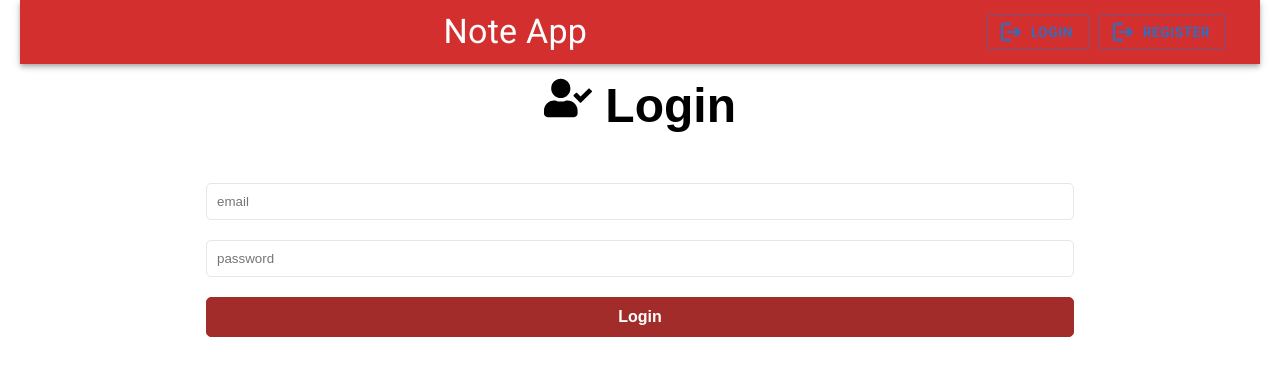
Repository: halilhaninan/MERNSTACK-Note-App
Page: / (app in frontend/)
The author's editor kept a copy of each file at every save. The page is drawn from the files as they stood at one save, then again after the next save.
The browser window is 1280 px wide. The pictures show the whole page.
The project was rebuilt for these pictures with package versions that can differ from the ones it lists, and the page was loaded fresh each time. Also part of the build but not shown: frontend/src/Components/Spinner.jsx, frontend/src/Components/Not.jsx, frontend/src/pages/Register.jsx, frontend/src/features/counter/counterSlice.js, frontend/src/features/counter/counter.js, frontend/src/App.css.

Above is the page before, as saved 2022-09-03 11:07:00.

### frontend/src/index.js
import React from "react";
import ReactDOM from "react-dom";
import "./index.css";
import App from "./App";

import { store } from "./app/store";
import { Provider } from "react-redux";

// import { createStore } from "redux";
// import { Provider } from "react-redux";
// import butunRreducerler from "./reducers";

// const hesapla = (state = 0, action) => {
//   switch (action.type) {
//     case "topla":
//       return state + 1;
//     case "cikar":
//       return state - 1;
//     default:
//       return state;
//   }
// };

// let store = createStore(
//   butunRreducerler,
//   window.__REDUX_DEVTOOLS_EXTENSION__ && window.__REDUX_DEVTOOLS_EXTENSION__()
// );

// store.subscribe(() => console.log(store.getState()));
//const root = ReactDOM.createRoot(document.getElementById("root"));
ReactDOM.render(
  <Provider store={store}>
    <App />
  </Provider>,
  document.getElementById("root")
);

// If you want to start measuring performance in your app, pass a function
// to log results (for example: reportWebVitals(console.log))
// or send to an analytics endpoint. Learn more: https://bit.ly/CRA-vitals

### frontend/src/index.css
@import url("https://fonts.googleapis.com/css2?family=Lobster&display=swap");

* {
  margin: 0;
  padding: 0;
  box-sizing: border-box;
}

body {
  font-family: Arial, Helvetica, sans-serif;
  height: 100vh;
  font-size: larger;
}

a {
  text-decoration: none;
  color: #000;
}

p {
  line-height: 1.7;
}

ul {
  list-style: none;
}

li {
  line-height: 2.2;
}

h1,
h2,
h3 {
  font-weight: 600;
  margin-bottom: 10px;
}

.container {
  width: 100%;
  max-width: 1500px;
  margin: 0 auto;
  padding: 0 20px;
  text-align: center;
}

.header {
  display: flex;
  justify-content: space-between;
  align-items: center;
  padding: 20px 0;
  border-bottom: 1px solid #e6e6e6;
  margin-bottom: 60px;
}

.header ul {
  display: flex;
  align-items: center;
  justify-content: space-between;
}

.header ul li {
  margin-left: 20px;
}

.header ul li a {
  display: flex;
  align-items: center;
  color: #a22c29;
}

.header ul li a:hover {
  color: #f27059;
}

.header ul li a svg {
  margin-right: 5px;
}

.heading {
  font-size: 2rem;
  font-weight: 700;
  margin-bottom: 50px;
  padding: 0 20px;
}

.heading p {
  color: #828282;
}

.notlar {
  display: grid;
  grid-template-columns: repeat(3, 1fr);
  gap: 10px;
}

.not {
  background-color: #f4f4f4;
  margin: 10px 0;
  padding: 20px 0 10px;
  position: relative;
}

.not .close {
  position: absolute;
  top: 10px;
  right: 15px;
  cursor: pointer;
  border: none;
  background: none;
}

.form,
.content {
  width: 70%;
  margin: 0 auto;
}

.form-group {
  margin-bottom: 10px;
}

.form-group input,
.form-group textarea,
.form-group select {
  width: 100%;
  padding: 10px;
  border: 1px solid #e6e6e6;
  border-radius: 5px;
  margin-bottom: 10px;
  font-family: inherit;
}

.form-group label {
  text-align: left;
  display: block;
  margin: 0 0 5px 3px;
}

.btn {
  padding: 10px 20px;
  border: 1px solid #a22c29;
  border-radius: 5px;
  background: #a22c29;
  color: #fff;
  font-size: 16px;
  font-weight: 700;
  cursor: pointer;
  text-align: center;
  appearance: button;
  display: flex;
  align-items: center;
  justify-content: center;
}

.btn svg {
  margin-right: 8px;
}

.btn-reverse {
  background: #fff;
  color: #000;
}

.btn-block {
  width: 100%;
  margin-bottom: 20px;
}

.btn-add {
  background: #34a0a4 !important;
  border: 1px solid #34a0a4;
}

.btn:hover {
  transform: scale(0.98);
}

.loadingSpinnerContainer {
  position: fixed;
  top: 0;
  right: 0;
  bottom: 0;
  left: 0;
  background-color: rgba(0, 0, 0, 0.5);
  z-index: 5000;
  display: flex;
  justify-content: center;
  align-items: center;
}

.loadingSpinner {
  width: 64px;
  height: 64px;
  border: 8px solid;
  border-color: #000 transparent #555 transparent;
  border-radius: 50%;
  animation: spin 1.2s linear infinite;
}

@keyframes spin {
  0% {
    transform: rotate(0deg);
  }
  100% {
    transform: rotate(360deg);
  }
}

@media (max-width: 960px) {
  .notlar {
    grid-template-columns: repeat(2, 1fr);
  }
}

@media (max-width: 600px) {
  .form {
    width: 90%;
  }

  .heading h1 {
    font-size: 2rem;
  }

  .heading p {
    font-size: 1.5rem;
  }

  .notlar {
    grid-template-columns: repeat(1, 1fr);
  }
}

### frontend/src/App.js
import { BrowserRouter as Router, Routes, Route } from "react-router-dom";
import Header from "./Components/Header";
import Dashboard from "./pages/Dashboard";
import Login from "./pages/Login";
import Register from "./pages/Register";

// import { useSelector, useDispatch } from "react-redux";
// import { girisYap, topla, cikar } from "./actions";

import { ToastContainer } from "react-toastify";
import "react-toastify/dist/ReactToastify.css";
import Counter from "./features/counter/counter";
import "./App.css";

function App() {
  // return (
  //   <div>
  //     <Counter />
  //   </div>
  // );
  return (
    <>
      <Router>
        <div className="container">
          <Header></Header>
          <Routes>
            <Route path="/" element={<Dashboard />} />
            <Route path="/register" element={<Register />} />
            <Route path="/login" element={<Login />} />
          </Routes>
        </div>
      </Router>
      <ToastContainer />
    </>
  );
  //
  //
  //
  // const giris = useSelector((state) => state.giris);
  // const hesapla = useSelector((state) => state.hesapla);
  // const dispatch = useDispatch();
  // return (
  //   <div className="app">
  //     {giris ? (
  //       <>
  //         {hesapla}
  //         <button onClick={() => dispatch(topla())}>+</button>
  //         <button onClick={() => dispatch(cikar())}>-</button>
  //       </>
  //     ) : (
  //       <>
  //         <h3>please sign in</h3>
  //         <button onClick={() => dispatch(girisYap())}>sign in</button>
  //       </>
  //     )}
  //   </div>
  // );
}

export default App;

### frontend/src/app/store.js
import { configureStore } from "@reduxjs/toolkit";

import authReducer from "../features/auth/authSlice";
import notReducer from "../features/data/dataSlice";

export const store = configureStore({
  reducer: {
    auth: authReducer,
    notlar: notReducer,
  },
});

// yeni not olustururken altta olan kod gibi dataslice olustur sonra store.js den import et reducer ile tanimla ++ data service olusturuluyor

// import { createSlice, createAsyncThunk } from "@reduxjs/toolkit";

// const initialState = {
//   notlar: [],
//   isHata: false,
//   isBasari: false,
//   isYkleniyor: false,
//   mesaj: "",
// };

// export const notSlice = createSlice({
//   name: "notlar",
//   initialState,
//   reducers: {
//     reset: (state) => initialState,
//   },
// });

// export const { reset }  = notSlice.actions;
// export default notSlice.reducer;

### frontend/src/Components/Header.jsx
import React from "react";
import { FaSignInAlt, FaSignOutAlt, FaUser, FaPen } from "react-icons/fa";
import { Link, useNavigate } from "react-router-dom";
import { useSelector, useDispatch } from "react-redux";
import { logout, reset } from "../features/auth/authSlice";
import AppBar from "@mui/material/AppBar";
import { Toolbar, Typography, Button } from "@mui/material";
import { Login, Face, Home, Logout } from "@mui/icons-material";

function Header() {
  const navigate = useNavigate();
  const dispatch = useDispatch();

  const { kullanici } = useSelector((state) => state.auth);

  const onLogout = () => {
    dispatch(logout());
    dispatch(reset());
    navigate("/login");
  };

  return (
    <AppBar position="static" color="error" sx={{ marginBottom: "10px" }}>
      <Toolbar>
        <Typography variant="h4" component="div" sx={{ flexGrow: 1 }}>
          Note App
        </Typography>
        {kullanici ? (
          <>
            <Button
              sx={{ marginRight: "10px" }}
              colors="inherit"
              size="large"
              startIcon={<Home />}
              onClick={anasayfayaGit}>
              Home Page
            </Button>
            <Button
              variant="outlined"
              sx={{ marginRight: "10px" }}
              colors="inherit"
              size="size"
              startIcon={<Logout />}
              onClick={onLogout}>
              Sign out
            </Button>
          </>
        ) : (
          <>
            <Button
              variant="outlined"
              sx={{ marginRight: "10px" }}
              colors="inherit"
              size="size"
              startIcon={<Logout />}
              onClick={onLogout}>
              Login
            </Button>
            <Button
              variant="outlined"
              sx={{ marginRight: "10px" }}
              colors="inherit"
              size="size"
              startIcon={<Logout />}
              onClick={onLogout}>
              Register
            </Button>
          </>
        )}
      </Toolbar>
    </AppBar>
  );

  // return (
  //   <header className="header">
  //     <h2>mongo db test app </h2>
  //     <div className="logo"></div>
  //     <ul>
  //       {kullanici ? (
  //         <>
  //           <li>
  //             <Link to="/">
  //               <FaPen /> Create Note
  //             </Link>
  //           </li>
  //           <li>
  //             <button className="btn" onClick={onLogout}>
  //               Logout{" "}
  //             </button>
  //           </li>
  //         </>
  //       ) : (
  //         <>
  //           <li>
  //             <Link to="/login">
  //               <FaSignInAlt /> Login
  //             </Link>
  //           </li>
  //           <li>
  //             <Link to="/register">
  //               <FaUser /> Register
  //             </Link>
  //           </li>
  //         </>
  //       )}
  //     </ul>
  //   </header>
  // );
}

export default Header;

### frontend/src/pages/Dashboard.jsx
import React, { useEffect } from "react";

import { useNavigate } from "react-router-dom";
import { useSelector, useDispatch } from "react-redux";
import NotForm from "../Components/NotForm";
import { notlarGetir, reset } from "../features/data/dataSlice";
import Spinner from "../Components/Spinner";
import Not from "../Components/Not";

function Dashboard() {
  const navigate = useNavigate();
  const dispatch = useDispatch();
  const { kullanici } = useSelector((state) => state.auth);
  const { notlar, isYukleniyor, isHata, isBasari, mesaj } = useSelector(
    (state) => state.notlar
  );

  useEffect(() => {
    if (isHata) {
      console.log(mesaj);
    }

    if (!kullanici) {
      navigate("/login");
      console.log("halilhan");
    }
    dispatch(notlarGetir());
    return () => {
      dispatch(reset());
    };
  }, [kullanici, navigate, isHata, mesaj, dispatch]);

  if (isYukleniyor) {
    <Spinner />;
  }

  return (
    <>
      <section className="heading">
        <h1>Merhaba {kullanici && kullanici.kullaniciAd}</h1>
        <p>add note</p>
      </section>
      <NotForm />
      <section className="content">
        {notlar.length > 0 ? (
          <div className="notlar">
            {notlar.map((not) => (
              <Not key={not._id} not={not} />
            ))}
          </div>
        ) : (
          <h3>henuz not yerletisrmediniz</h3>
        )}
      </section>
    </>
  );
}

export default Dashboard;

### frontend/src/pages/Login.jsx
import React, { useState, useEffect } from "react";

import { FaUserCheck } from "react-icons/fa";
import { useSelector, useDispatch } from "react-redux";
import { useNavigate } from "react-router-dom";
import { toast } from "react-toastify";
import { login, reset } from "../features/auth/authSlice";
import Spinner from "../Components/Spinner";

function Login() {
  const navigate = useNavigate();
  const dispatch = useDispatch();

  const { kullanici, isHata, isBasari, isYukleniyor, mesaj } = useSelector(
    (state) => state.auth
  );

  const [formData, setFormData] = useState({
    email: "",
    parola: "",
  });

  const { email, parola } = formData;

  const onChange = (e) => {
    setFormData((prev) => ({
      ...prev,
      [e.target.name]: e.target.value,
    }));
  };

  const onSubmit = (e) => {
    e.preventDefault();
    // console.log(formData);

    const userData = { email, parola };
    dispatch(login(userData));
  };

  useEffect(() => {
    if (isHata) {
      toast.error(mesaj);
    }
    if (isBasari || kullanici) {
      navigate("/");
    }
  }, [kullanici, isHata, isBasari, mesaj, navigate, dispatch, isYukleniyor]);

  if (isYukleniyor) {
    <Spinner />;
  }

  return (
    <>
      <section className="heading">
        <h1>
          <FaUserCheck /> Login
        </h1>
      </section>
      <section className="form">
        <form onSubmit={onSubmit}>
          <div className="form-group">
            <input
              type="email"
              classname="form-control"
              id="email"
              name="email"
              value={email}
              placeholder="email"
              onChange={onChange}></input>
          </div>
          <div className="form-group">
            <input
              type="password"
              classname="form-control"
              id="parola"
              name="parola"
              value={parola}
              placeholder="password"
              onChange={onChange}></input>
          </div>

          <div className="form-group">
            <button type="submit" className="btn btn-block">
              Login
            </button>
          </div>
        </form>
      </section>
    </>
  );
}

export default Login;

### frontend/src/features/auth/authSlice.js
import { createAsyncThunk, createSlice } from "@reduxjs/toolkit";
import authService from "./authService";

const kullanici = JSON.parse(localStorage.getItem("kullanici"));

const initialState = {
  kullanici: kullanici ? kullanici : null,
  isHata: false,
  isBasari: false,
  isYukleniyor: false,
  mesaj: "",
};

export const register = createAsyncThunk(
  "auth/register",
  async (user, thunkAPI) => {
    try {
      return await authService.register(user);
    } catch (error) {
      const mesaj =
        (error.response &&
          error.response.data &&
          error.response.data.message) ||
        error.message ||
        error.toString();

      return thunkAPI.rejectWithValue(mesaj);
    }
  }
);

export const authSlice = createSlice({
  name: "auth",
  initialState,
  reducers: {
    reset: (state) => {
      state.isHata = false;
      state.isBasari = false;
      state.isYukleniyor = false;
      state.mesaj = "";
    },
  },
  extraReducers: (builder) => {
    builder
      .addCase(register.pending, (state) => {
        state.isYukleniyor = true;
      })
      .addCase(register.fulfilled, (state, action) => {
        state.isYukleniyor = false;
        state.isBasari = true;
        state.kullanici = action.payload;
      })
      .addCase(register.rejected, (state, action) => {
        state.isYukleniyor = false;
        state.isHata = true;
        state.mesaj = action.payload;
        state.kullanici = null;
      }) //
      .addCase(login.pending, (state) => {
        state.isYukleniyor = true;
      })
      .addCase(login.fulfilled, (state, action) => {
        state.isYukleniyor = false;
        state.isBasari = true;
        state.kullanici = action.payload;
      })
      .addCase(login.rejected, (state, action) => {
        state.isYukleniyor = false;
        state.isHata = true;
        state.mesaj = action.payload;
        state.kullanici = null;
      })
      .addCase(logout.fulfilled, (state) => {
        state.kullanici = null;
      });
  },
});

export const logout = createAsyncThunk("auth/logout", async () => {
  await authService.logout();
});

export const login = createAsyncThunk("auth/login", async (user, thunkAPI) => {
  try {
    return await authService.login(user);
  } catch (error) {
    const mesaj =
      (error.response && error.response.data && error.response.data.message) ||
      error.message ||
      error.toString();

    return thunkAPI.rejectWithValue(mesaj);
  }
});

export const { reset } = authSlice.actions;
export default authSlice.reducer;

### frontend/src/features/data/dataSlice.js
import { createSlice, createAsyncThunk } from "@reduxjs/toolkit";
import thunk from "redux-thunk";
import dataService from "./dataService";

const initialState = {
  notlar: [],
  isHata: false,
  isBasari: false,
  isYukleniyor: false,
  mesaj: "",
};

export const notSlice = createSlice({
  name: "notlar",
  initialState,
  reducers: {
    reset: (state) => initialState,
  },
  extraReducers: (builder) => {
    builder
      .addCase(notOlustur.pending, (state) => {
        state.isYukleniyor = true;
      })
      .addCase(notOlustur.fulfilled, (state, action) => {
        state.isYukleniyor = false;
        state.isBasari = true;
        state.notlar.unshift(action.payload);
      })
      .addCase(notOlustur.rejected, (state, action) => {
        state.isYukleniyor = false;
        state.isHata = true;
        state.isBasari = false;
        state.mesaj = action.payload;
      })
      .addCase(notlarGetir.pending, (state) => {
        state.isYukleniyor = true;
      })
      .addCase(notlarGetir.fulfilled, (state, action) => {
        state.isYukleniyor = false;
        state.isBasari = true;
        state.notlar = action.payload;
      })
      .addCase(notlarGetir.rejected, (state, action) => {
        state.isYukleniyor = false;
        state.isBasari = false;
        state.isHata = true;
        state.mesaj = action.payload;
      })
      .addCase(notSil.pending, (state) => {
        state.isYukleniyor = true;
      })
      .addCase(notSil.fulfilled, (state, action) => {
        state.isYukleniyor = false;
        state.isBasari = true;
        state.notlar = state.notlar.filter(
          (not) => not._id !== action.payload.id
        );
      })
      .addCase(notSil.rejected, (state, action) => {
        state.isYukleniyor = false;
        state.isBasari = false;
        state.isHata = true;
        state.mesaj = action.payload;
      });
  },
});

export const notOlustur = createAsyncThunk(
  "notlar/create",
  async (notData, thunkAPI) => {
    try {
      const token = thunkAPI.getState().auth.kullanici.token;
      return await dataService.notOlustur(notData, token);
    } catch (error) {
      const mesaj =
        (error.response &&
          error.response.data &&
          error.response.data.message) ||
        error.message ||
        error.toString();

      return thunkAPI.rejectWithValue(mesaj);
    }
  }
);

export const notlarGetir = createAsyncThunk(
  "notlar/getAll",
  async (_, thunkAPI) => {
    try {
      const token = thunkAPI.getState().auth.kullanici.token;
      return await dataService.notlarGetir(token);
    } catch (error) {
      const mesaj =
        (error.response &&
          error.response.data &&
          error.response.data.message) ||
        error.message ||
        error.toString();

      return thunkAPI.rejectWithValue(mesaj);
    }
  }
);

export const notSil = createAsyncThunk(
  "notlar/delete",
  async (id, thunkAPI) => {
    try {
      const token = thunkAPI.getState().auth.kullanici.token;
      return await dataService.notSil(id, token);
    } catch (error) {
      const mesaj =
        (error.response &&
          error.response.data &&
          error.response.data.message) ||
        error.message ||
        error.toString();

      return thunkAPI.rejectWithValue(mesaj);
    }
  }
);

export const { reset } = notSlice.actions;
export default notSlice.reducer;

### frontend/src/Components/NotForm.jsx
import React, { useState } from "react";
import { useDispatch } from "react-redux";
import { notOlustur } from "../features/data/dataSlice";

function NotForm() {
  const [baslik, setBaslik] = useState("");
  const [aciklama, setAciklama] = useState("");
  const [oncelik, setOncelik] = useState("");

  const dispatch = useDispatch();

  const onSubmit = (e) => {
    e.preventDefault();
    // console.log(baslik, aciklama, oncelik);
    dispatch(notOlustur({ baslik, aciklama, oncelik }));
    setBaslik("");
    setAciklama("");
    setOncelik(1);
  };

  return (
    <section className="form">
      <form onSubmit={onSubmit}>
        <div className="form-group">
          <label htmlFor="baslik">Not baslik</label>
          <input
            type="text"
            id="baslik"
            name="baslik"
            value={baslik}
            onChange={(e) => setBaslik(e.target.value)}
          />
        </div>
        <div className="form-group">
          <label htmlFor="aciklama">Not aciklama</label>
          <input
            type="text"
            id="aciklama"
            name="aciklama"
            value={aciklama}
            onChange={(e) => setAciklama(e.target.value)}
          />
        </div>
        <div className="form-group">
          <label htmlFor="oncelik">Not oncelik</label>
          <select onChange={(e) => setOncelik(e.target.value)} value={oncelik}>
            <option value="1">Az oncelikli</option>
            <option value="2">oncelikli</option>
            <option value="3">Cok oncelikli</option>
          </select>
        </div>
        <div className="form-group">
          <button type="submit" className="btn btn-block btn-add">
            Not ekle
          </button>
        </div>
      </form>
    </section>
  );
}

export default NotForm;

### frontend/src/features/auth/authService.js
import axios from "axios";

const API_URL = "/api/kullanicilar/";

const register = async (kullaniciData) => {
  const response = await axios.post(API_URL, kullaniciData);

  if (response.data) {
    localStorage.setItem("kullanici", JSON.stringify(response.data));
  }

  return response.data;
};

const logout = () => {
  localStorage.removeItem("kullanici");
};

const login = async (kullaniciData) => {
  const response = await axios.post(API_URL + "login", kullaniciData);
  if (response.data) {
    localStorage.setItem("kullanici", JSON.stringify(response.data));
  }

  return response.data;
};

const authService = {
  register,
  logout,
  login,
};

export default authService;

### frontend/src/features/data/dataService.js
import axios from "axios";

const API_URL = "/api/notlar/";

const notOlustur = async (notData, token) => {
  const config = {
    headers: {
      Authorization: `Bearer ${token}`,
    },
  };
  const response = await axios.post(API_URL, notData, config);

  return response.data;
};

const notlarGetir = async (token) => {
  const config = {
    headers: {
      Authorization: `Bearer ${token}`,
    },
  };
  const response = await axios.get(API_URL, config);
  return response.data;
};

const notSil = async (notId, token) => {
  const config = {
    headers: {
      Authorization: `Bearer ${token}`,
    },
  };

  const response = await axios.delete(API_URL + notId, config);

  return response.data;
};

const dataService = {
  notOlustur,
  notlarGetir,
  notSil,
};

export default dataService;

Loaded but not shown: frontend/public/index.html (common file)

After the next save:
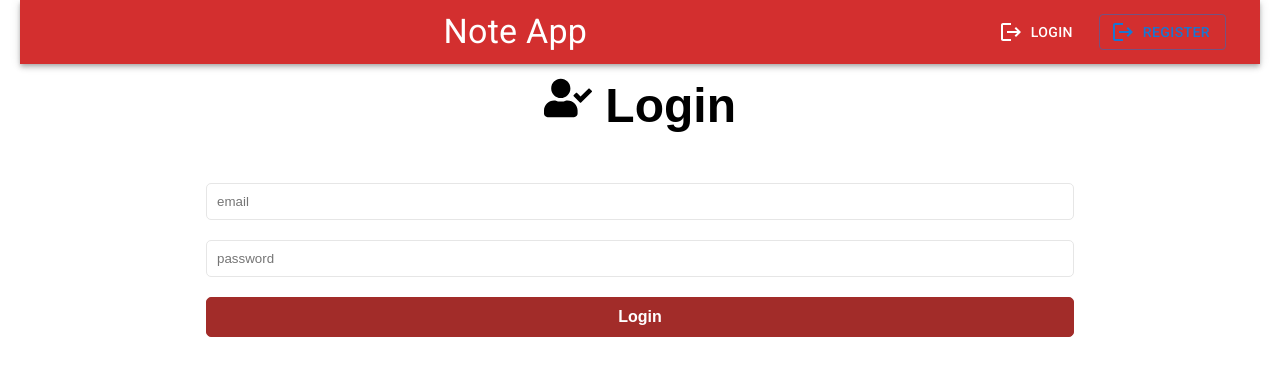
Saved 5 s later.
--- a/frontend/src/Components/Header.jsx
+++ b/frontend/src/Components/Header.jsx
@@ -48,7 +48,7 @@ function Header() {
         ) : (
           <>
             <Button
-              variant="outlined"
+              variant="inherit"
               sx={{ marginRight: "10px" }}
               colors="inherit"
               size="size"
